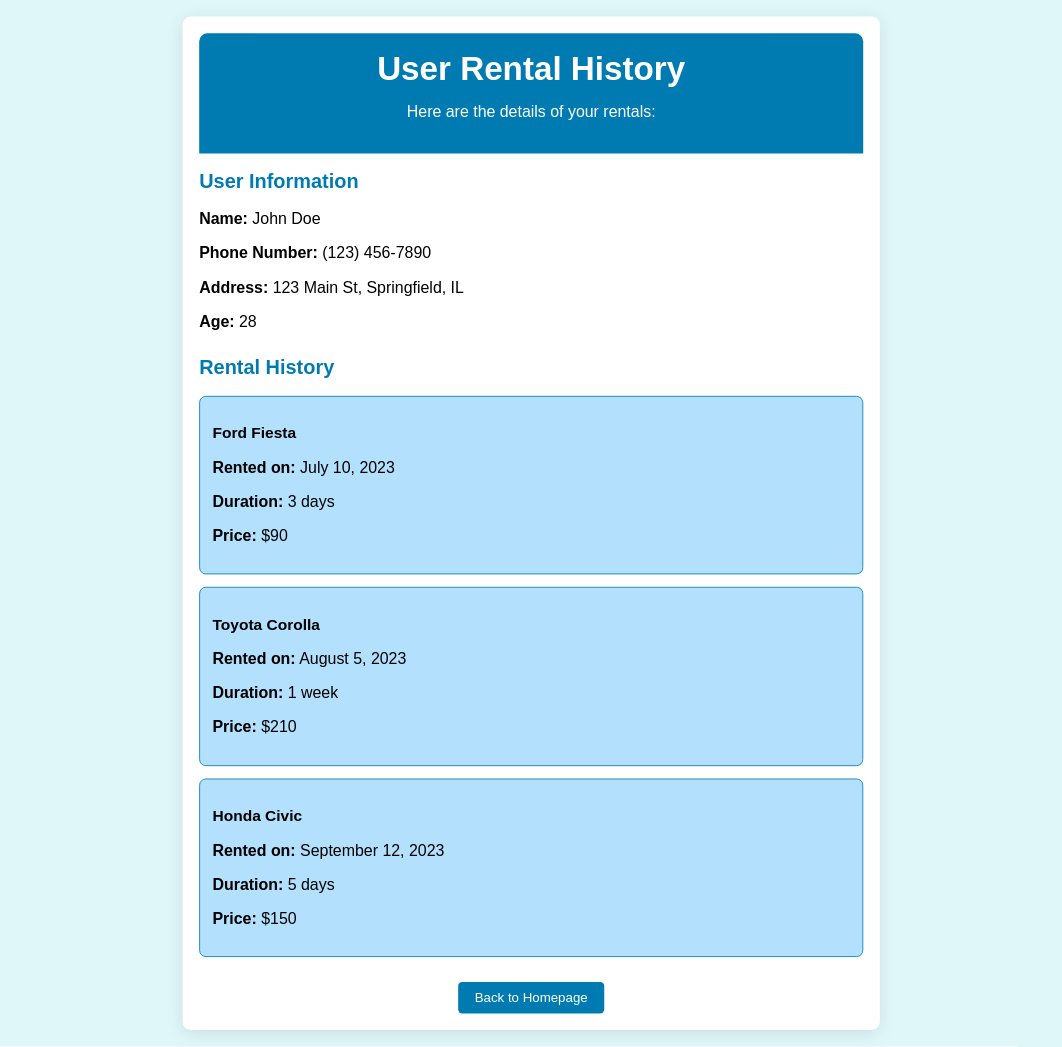
Repository: singrohaanvi/project-fee
Page: fee/user_history/index.html
These files come from the project's save history. The page is drawn as it stood at one moment and after the next save; the edit follows.
The browser window is 1280 px wide. The pictures show the whole page, at 83% of full size.

Above is the page before, as saved 2024-10-22 19:51:53.

### fee/user_history/index.html
<!DOCTYPE html>
<html lang="en">
<head>
    <meta charset="UTF-8">
    <meta name="viewport" content="width=device-width, initial-scale=1.0">
    <title>User Rental History - Car-O-Bar</title>
    <link rel="stylesheet" href="styles.css">
</head>
<body>
    <div class="container">
        <header>
            <h1>User Rental History</h1>
            <p>Here are the details of your rentals:</p>
        </header>

        <section class="user-details">
            <h2>User Information</h2>
            <p><strong>Name:</strong> John Doe</p>
            <p><strong>Phone Number:</strong> (123) 456-7890</p>
            <p><strong>Address:</strong> 123 Main St, Springfield, IL</p>
            <p><strong>Age:</strong> 28</p>
        </section>

        <section class="car-history">
            <h2>Rental History</h2>
            <div class="car-card" id="car1">
                <h3>Ford Fiesta</h3>
                <p><strong>Rented on:</strong> July 10, 2023</p>
                <p><strong>Duration:</strong> 3 days</p>
                <p><strong>Price:</strong> $90</p>
            </div>
            <div class="car-card" id="car2">
                <h3>Toyota Corolla</h3>
                <p><strong>Rented on:</strong> August 5, 2023</p>
                <p><strong>Duration:</strong> 1 week</p>
                <p><strong>Price:</strong> $210</p>
            </div>
            <div class="car-card" id="car3">
                <h3>Honda Civic</h3>
                <p><strong>Rented on:</strong> September 12, 2023</p>
                <p><strong>Duration:</strong> 5 days</p>
                <p><strong>Price:</strong> $150</p>
            </div>
        </section>

        <footer>
            <button id="backBtn">Back to Homepage</button>
        </footer>
    </div>

    <script src="script.js"></script>
</body>
</html>

### fee/user_history/styles.css
body {
    font-family: 'Arial', sans-serif;
    background-color: #e0f7fa;
    margin: 0;
    padding: 20px;
}

.container {
    max-width: 800px;
    margin: 0 auto;
    padding: 20px;
    background-color: #ffffff;
    border-radius: 10px;
    box-shadow: 0 4px 20px rgba(0, 0, 0, 0.1);
}

header {
    text-align: center;
    background-color: #007bb2;
    color: #fff;
    padding: 20px;
    border-radius: 10px 10px 0 0;
}

h1 {
    margin: 0;
    font-size: 2.5em;
}

p {
    font-size: 1.2em;
}

.car-history {
    margin-top: 30px;
}

.car-card {
    background-color: #b3e0fd;
    border: 1px solid #007bb2;
    border-radius: 8px;
    padding: 15px;
    margin: 15px 0;
    transition: transform 0.2s;
}

.car-card:hover {
    transform: scale(1.02);
}

h2 {
    color: #007bb2;
}

footer {
    text-align: center;
    margin-top: 30px;
}

button {
    padding: 10px 20px;
    background-color: #007bb2;
    color: white;
    border: none;
    border-radius: 5px;
    cursor: pointer;
    font-size: 1em;
}

button:hover {
    background-color: #005f8a;
}

### fee/user_history/script.js
document.getElementById('backBtn').addEventListener('click', function() {
    window.location.href = 'index.html'; // Redirect to your homepage
});

After the next save:
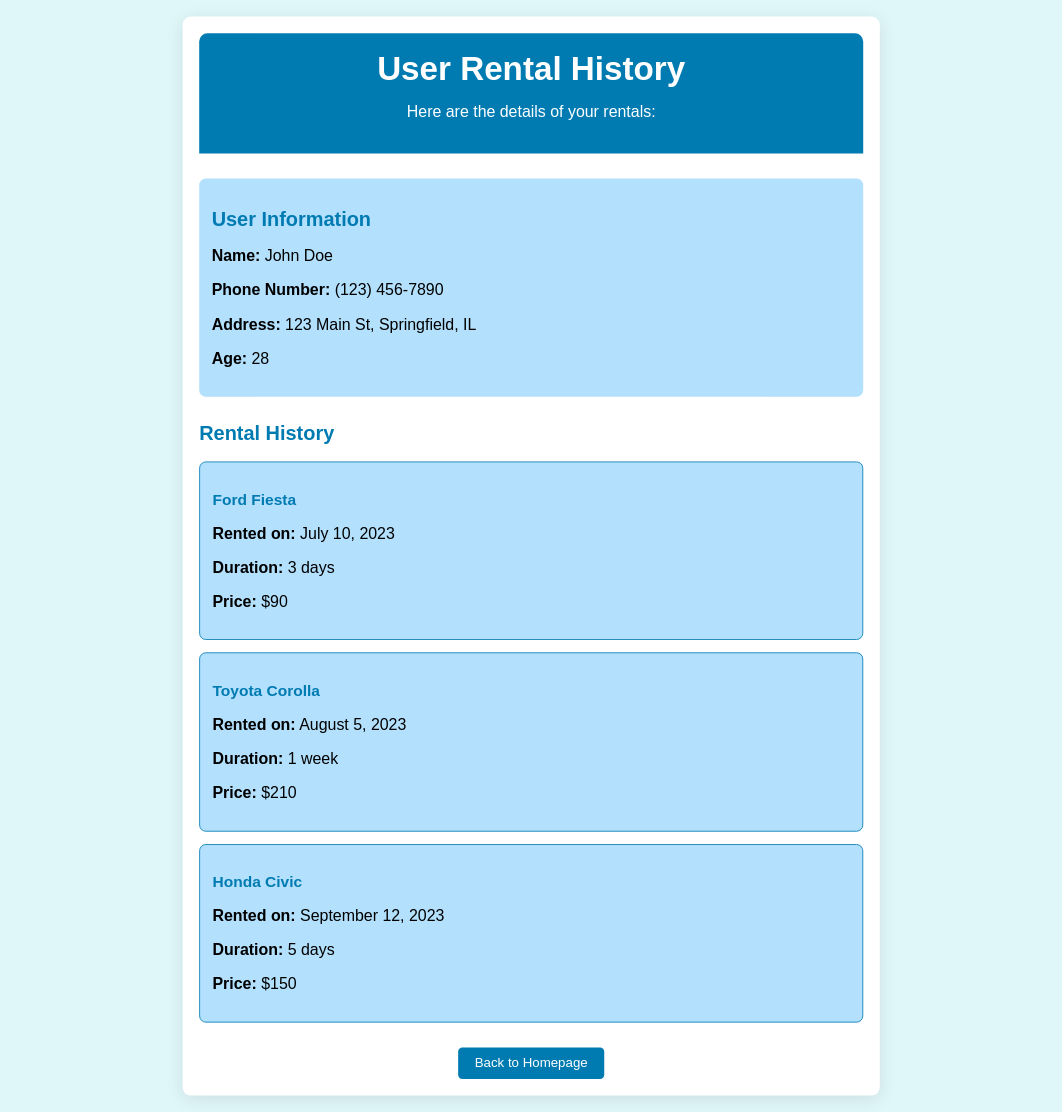
Saved 14 s later.
--- a/fee/user_history/styles.css
+++ b/fee/user_history/styles.css
@@ -31,8 +31,23 @@ p {
     font-size: 1.2em;
 }
 
+.user-details {
+    margin-top: 30px;
+    background-color: #b3e0fd;
+    padding: 15px;
+    border-radius: 8px;
+}
+
+.user-details h2 {
+    color: #007bb2;
+}
+
 .car-history {
     margin-top: 30px;
+}
+
+.car-history h2 {
+    color: #007bb2;
 }
 
 .car-card {
@@ -48,7 +63,7 @@ p {
     transform: scale(1.02);
 }
 
-h2 {
+h3 {
     color: #007bb2;
 }
 
